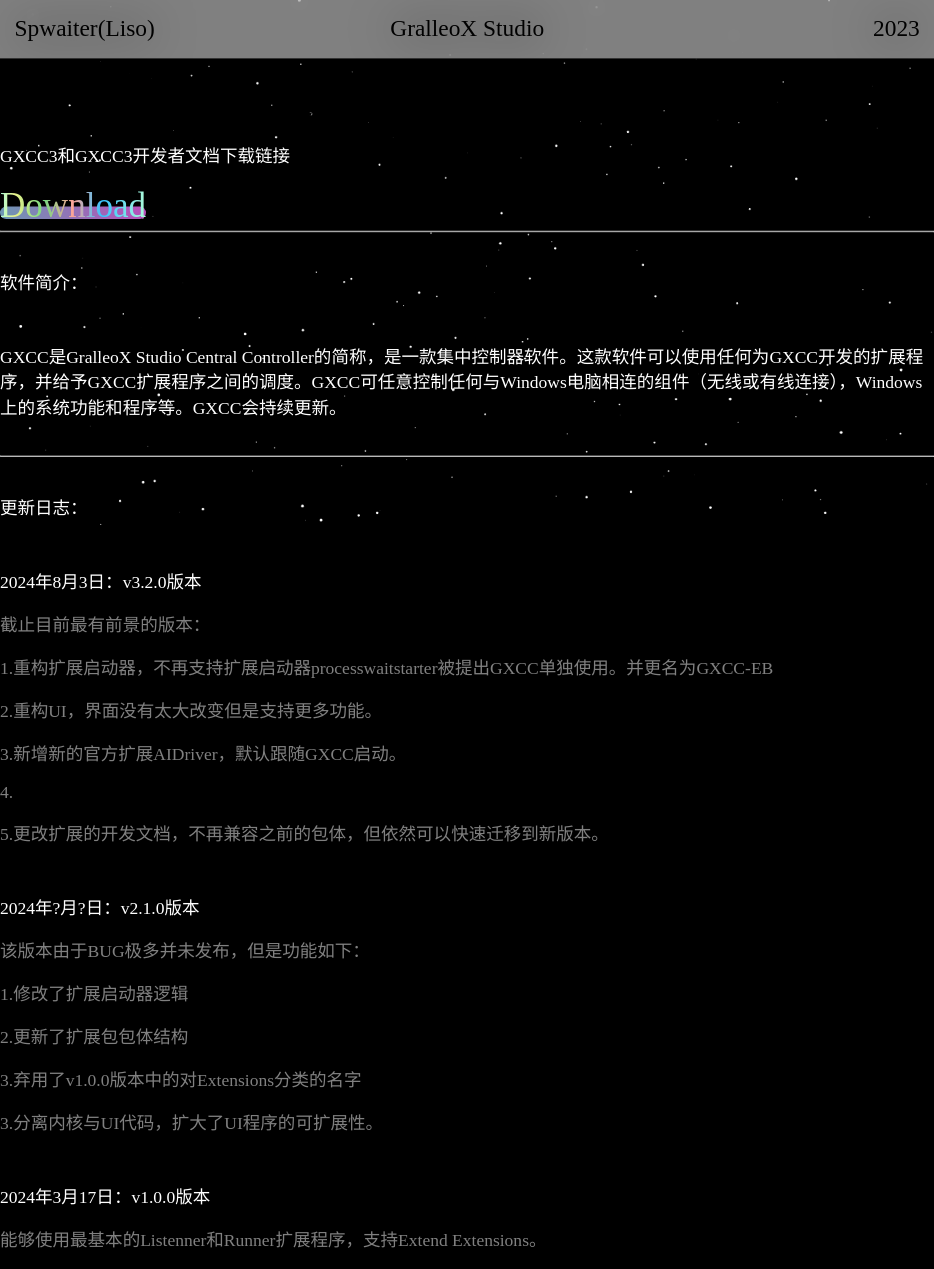
Repository: Lisu-Liso/page
Page: GXCC/index.html
An editor plug-in stored every save of this project. The page is shown before and after the next save, followed by the edit.
The browser window is 1280 px wide. The pictures show the whole page, at 73% of full size.

Above is the page before, as saved 2024-08-04 09:02:57.

After the next save:
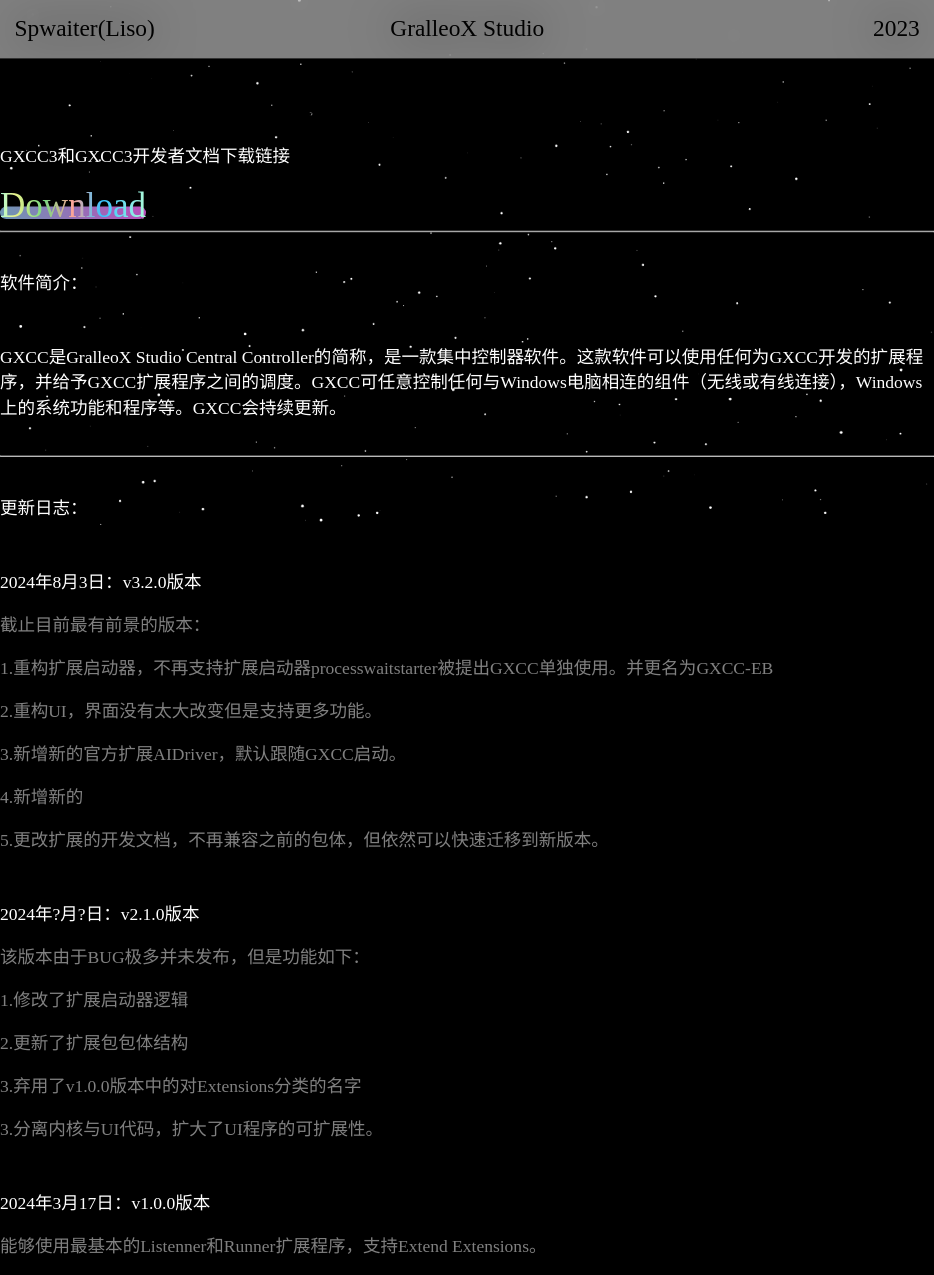
Saved 7 s later.
--- a/GXCC/index.html
+++ b/GXCC/index.html
@@ -305,7 +305,7 @@
         <p class="normaltext" style="color: grey;">1.重构扩展启动器，不再支持扩展启动器processwaitstarter被提出GXCC单独使用。并更名为GXCC-EB</p>
         <p class="normaltext" style="color: grey;">2.重构UI，界面没有太大改变但是支持更多功能。</p>
         <p class="normaltext" style="color: grey;">3.新增新的官方扩展AIDriver，默认跟随GXCC启动。</p>
-        <p class="normaltext" style="color: grey;">4.</p>
+        <p class="normaltext" style="color: grey;">4.新增新的</p>
         <p class="normaltext" style="color: grey;">5.更改扩展的开发文档，不再兼容之前的包体，但依然可以快速迁移到新版本。</p>
         <br>
         <p class="normaltext">2024年?月?日：v2.1.0版本</p>
